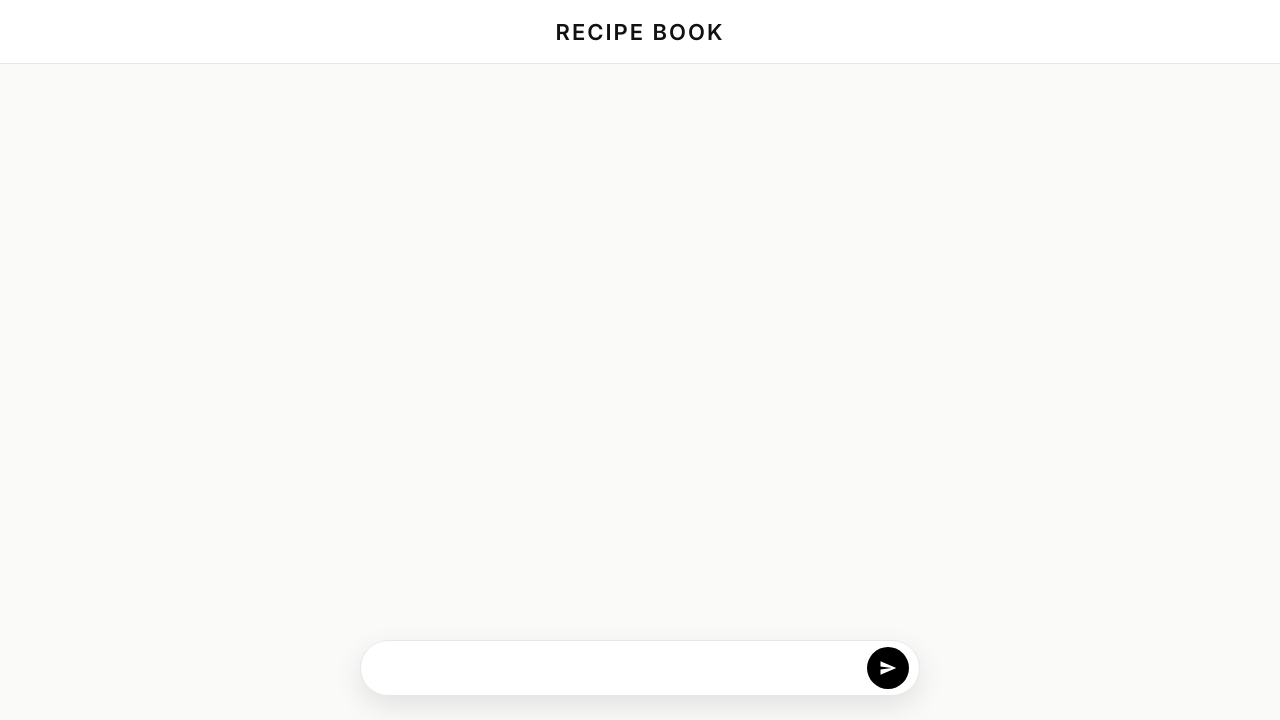
Repository: Tanvir0072309/Recipe-App
Page: /
An editor plug-in stored every save of this project. The page is shown before and after a run of saves, followed by the edit.
The browser window is 1280 px wide. The pictures show the whole page.
The project was rebuilt for these pictures with package versions that can differ from the ones it lists, and the page was loaded fresh each time. Also part of the build but not shown: vite.config.js.

Above is the page before, as saved 2026-01-25 15:07:56.

### index.html
<!doctype html>
<html lang="en">
  <head>
    <meta charset="UTF-8" />
    <meta name="viewport" content="width=device-width, initial-scale=1.0" />
    <title>Recipe App</title>
  </head>
  <body>
    <div id="root"></div>
    <script type="module" src="/src/index.jsx"></script>
  </body>
</html>

### src/index.jsx
import React from "react";
import ReactDOM from "react-dom/client";
import { Header } from "./components/header";
import { RecipeInput } from "./components/RecipeInput";
import "./index.css";
import MyMain from "./components/main";

const root = ReactDOM.createRoot(document.getElementById("root"));

root.render(
    <React.StrictMode>
        <Header />
        <MyMain />
    </React.StrictMode>
);

### src/components/header.jsx
import React from "react";
import "../index.css"; // kyunki index.css src me hai

export function Header() {
    return (
        <header className="ai-header">
            <h1 className="app-title">RECIPE BOOK</h1>
        </header>
    );
}

### src/components/RecipeInput.jsx
import { useState, useRef } from "react";
import "../index.css";
import React from "react";

export function RecipeInput({ onAdd }) {
    const [result, setResult] = React.useState("No");
    const [text, setText] = useState("");
    const inputRef = useRef(null);

    const handleSubmit = (e) => {
        e.preventDefault();

        if (text.trim() === "") return;

        onAdd(text);     // ✅ array me ja raha
        setText("");     // ✅ input clear

        inputRef.current.focus(); // ✅ cursor back
    };

    function handleChange() {
        setResult(prev => !prev);
    }

    return (
        <form onSubmit={handleSubmit}>
            <div className="floating-input">
                <input
                    ref={inputRef}
                    type="text"
                    value={text}
                    onChange={(e) => setText(e.target.value)}
                    autoFocus
                />
                <h1>{setResult }</h1>
                <button onClick={handleChange} type="submit" aria-label="submit">
                    {/* FIXED ICON */}
                    <svg
                        width="18"
                        height="18"
                        viewBox="0 0 24 24"
                        fill="white"
                    >
                        <path d="M2 21L23 12L2 3V10L17 12L2 14Z" />
                    </svg>
                </button>
            </div>
        </form>
    );
}

### src/index.css
/* ===== GOOGLE FONT ===== */
@import url("https://fonts.googleapis.com/css2?family=Inter:wght@400;500;600;700&display=swap");

/* ===== RESET ===== */
* {
  margin: 0;
  padding: 0;
  box-sizing: border-box;
  font-family: "Inter", system-ui, sans-serif;
}

/* ===== PAGE ===== */
body {
  background: #fafaf8;
  color: #111111;
  min-height: 100vh;
}

/* ===== HEADER ===== */
.ai-header {
  height: 64px;
  width: 100%;
  background: #ffffff;

  display: flex;
  align-items: center;
  justify-content: center;
  gap: 12px;

  border-bottom: 1px solid #e5e7eb;
}

.logo-icon {
  font-size: 20px;
  opacity: 0.85;
}

.app-title {
  font-size: 22px;
  font-weight: 600;
  letter-spacing: 2px;
  text-transform: uppercase;
}

/* ===== FLOATING INPUT ===== */
.floating-input {
  position: fixed;
  bottom: 24px;
  left: 50%;
  transform: translateX(-50%);

  width: min(92%, 560px);
  height: 56px;

  background: #ffffff;
  border: 1px solid #e5e7eb;
  border-radius: 999px;

  display: flex;
  align-items: center;
  padding: 8px 10px 8px 18px;

  box-shadow: 0 12px 32px rgba(0, 0, 0, 0.1);
}

/* ===== INPUT ===== */
.floating-input input {
  flex: 1;
  border: none;
  outline: none;
  font-size: 15px;
  background: transparent;
  color: #111111;
}

/* ===== BUTTON ===== */
.floating-input button {
  width: 42px;
  height: 42px;
  border-radius: 50%;
  border: none;

  background: #000000;
  color: #ffffff;
  font-size: 18px;

  cursor: pointer;
  display: flex;
  align-items: center;
  justify-content: center;
}

.floating-input button:hover {
  opacity: 0.9;
}

/* ===== RECIPE LIST ===== */
/* ===== FLOATING INPUT ===== */
.floating-input {
  position: fixed;
  bottom: 24px;
  left: 50%;
  transform: translateX(-50%);

  width: min(92%, 560px);
  height: 56px;

  background: #ffffff;
  border-radius: 999px;

  display: flex;
  align-items: center;
  padding: 8px 10px 8px 18px;

  box-shadow: 0 10px 28px rgba(0, 0, 0, 0.1);
}

/* ===== INPUT (CURSOR ONLY) ===== */
.floating-input input {
  flex: 1;
  border: none;
  outline: none;
  background: transparent;

  font-size: 15px;
  color: #111111;
  caret-color: #000000;
  /* 👈 cursor line */
}

/* remove default focus styles */
.floating-input input:focus {
  outline: none;
  box-shadow: none;
}

/* ===== BUTTON ===== */
.floating-input button {
  width: 42px;
  height: 42px;
  border-radius: 50%;
  border: none;

  background: #000000;
  cursor: pointer;

  display: flex;
  align-items: center;
  justify-content: center;
}

/* index.css mein check karein */
ul {
  list-style: disc;
  margin: 20px;
  color: black;
  /* Ensure text color is visible */
}

li {
  padding: 10px;
  border-bottom: 1px solid #eee;
}

### src/components/main.jsx
import { useState } from "react";
import { RecipeInput } from "./RecipeInput";
import React from "react";

export default function Main() {
    const [items, setItems] = useState([]);


    const addItem = (value) => {
        setItems((prev) => [...prev, value]);
    };

    return (
        <>
            <div style={{ paddingBottom: "120px" }}>
                <ul>
                    {items.map((item, i) => (
                        <li key={i}>{item}</li>
                    ))}
                </ul>
            </div>

            <RecipeInput onAdd={addItem} />
        </>
    );
}

After the next 2 saves:
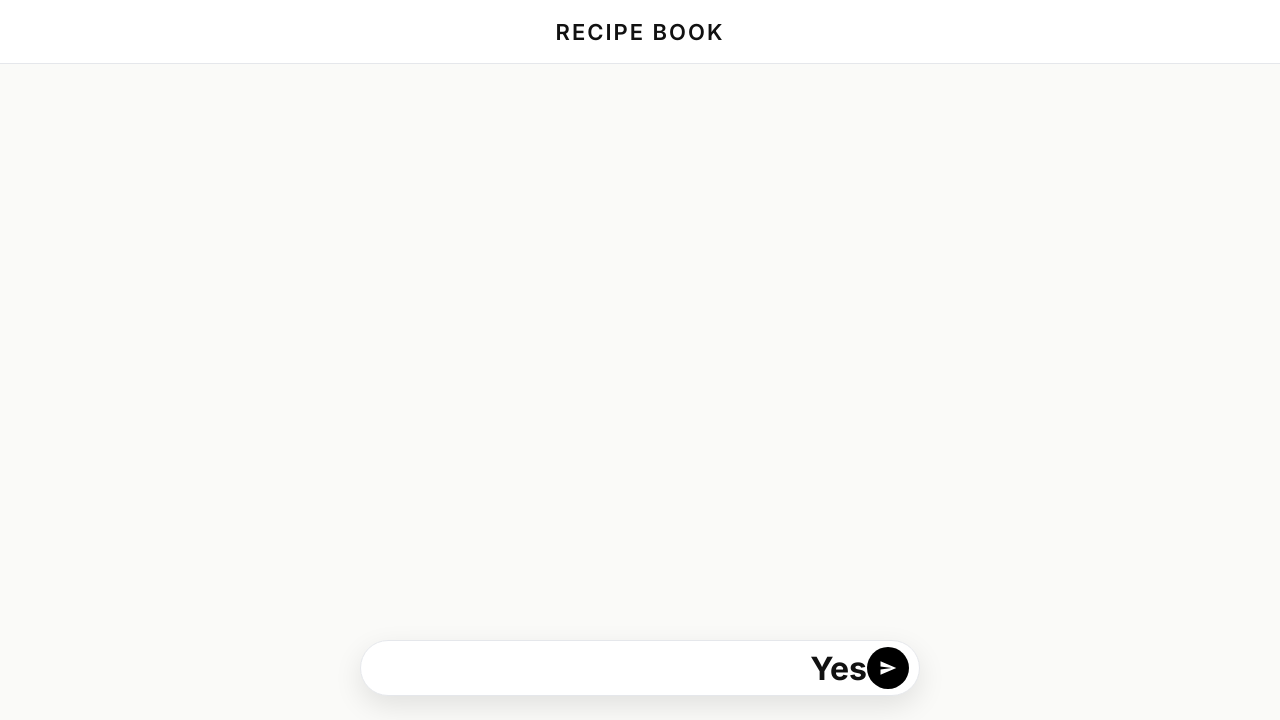
The 2 saves are shown as one change because they came seconds apart.
The last was saved 11 s later.
--- a/src/components/RecipeInput.jsx
+++ b/src/components/RecipeInput.jsx
@@ -32,7 +32,7 @@ export function RecipeInput({ onAdd }) {
                     onChange={(e) => setText(e.target.value)}
                     autoFocus
                 />
-                <h1>{setResult }</h1>
+                <h1>{setResult ? "Yes" : "No"}</h1>
                 <button onClick={handleChange} type="submit" aria-label="submit">
                     {/* FIXED ICON */}
                     <svg
